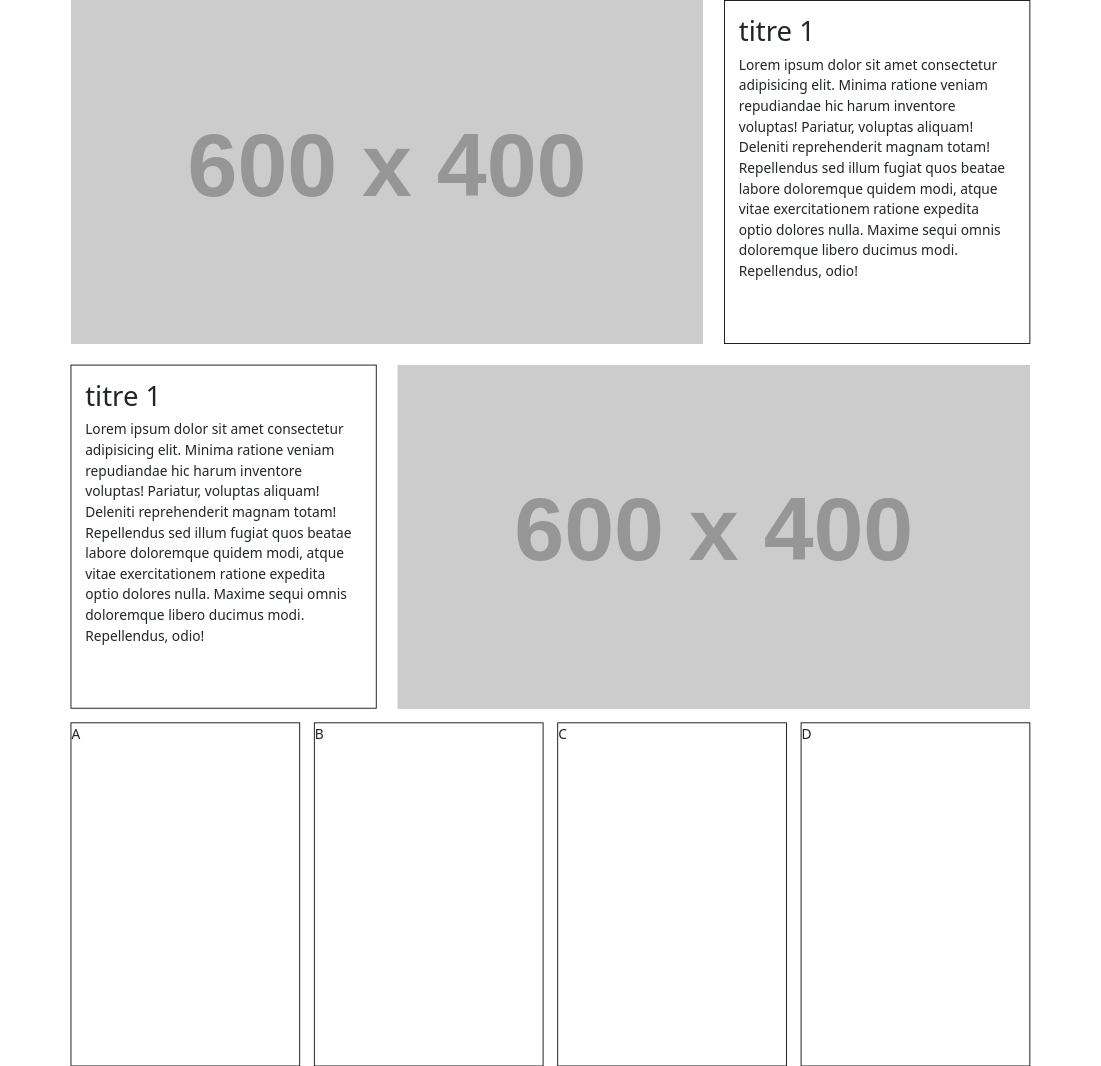
Repository: fbansept/ran3_24_jeu
Page: correction-tp.html
The author's editor kept a copy of each file at every save. The page is drawn from the files as they stood at one save, then again after a run of saves.
The browser window is 1280 px wide. The pictures show the whole page, at 86% of full size.

Above is the page before, as saved 2024-10-22 15:43:02.

### correction-tp.html
<!DOCTYPE html>
<html lang="en">
  <head>
    <meta charset="UTF-8" />
    <meta name="viewport" content="width=device-width, initial-scale=1.0" />
    <title>Document</title>

    <link
      href="https://cdn.jsdelivr.net/npm/bootstrap@5.3.3/dist/css/bootstrap.min.css"
      rel="stylesheet"
      integrity="sha384-QWTKZyjpPEjISv5WaRU9OFeRpok6YctnYmDr5pNlyT2bRjXh0JMhjY6hW+ALEwIH"
      crossorigin="anonymous"
    />

    <script
      defer
      src="https://cdn.jsdelivr.net/npm/bootstrap@5.3.3/dist/js/bootstrap.bundle.min.js"
      integrity="sha384-YvpcrYf0tY3lHB60NNkmXc5s9fDVZLESaAA55NDzOxhy9GkcIdslK1eN7N6jIeHz"
      crossorigin="anonymous"
    ></script>

    <link rel="stylesheet" href="style.css" />
  </head>
  <body class="container">
    <section class="mb-lg-3">
      <div class="row">
        <img
          class="col-md-6 col-lg-8"
          src="https://placehold.co/600x400"
          alt=""
        />
        <article class="col-md-6 col-lg-4">
          <div>
            <h2>titre 1</h2>
            <p>
              Lorem ipsum dolor sit amet consectetur adipisicing elit. Minima
              ratione veniam repudiandae hic harum inventore voluptas! Pariatur,
              voluptas aliquam! Deleniti reprehenderit magnam totam! Repellendus
              sed illum fugiat quos beatae labore doloremque quidem modi, atque
              vitae exercitationem ratione expedita optio dolores nulla. Maxime
              sequi omnis doloremque libero ducimus modi. Repellendus, odio!
            </p>
          </div>
        </article>
      </div>
      <div class="row flex-md-row-reverse mt-4">
        <img
          class="col-md-6 col-lg-8"
          src="https://placehold.co/600x400"
          alt=""
        />
        <article class="col-md-6 col-lg-4">
          <div>
            <h2>titre 1</h2>
            <p>
              Lorem ipsum dolor sit amet consectetur adipisicing elit. Minima
              ratione veniam repudiandae hic harum inventore voluptas! Pariatur,
              voluptas aliquam! Deleniti reprehenderit magnam totam! Repellendus
              sed illum fugiat quos beatae labore doloremque quidem modi, atque
              vitae exercitationem ratione expedita optio dolores nulla. Maxime
              sequi omnis doloremque libero ducimus modi. Repellendus, odio!
            </p>
          </div>
        </article>
      </div>
    </section>
    <section
      class="row row-cols-1 row-cols-md-2 row-cols-lg-4 g-3 g-md-0 g-lg-3 mt-2 mt-md-3"
    >
      <article class="col mt-0">
        <div><span>A</span></div>
      </article>
      <article class="col mt-0">
        <div><span>B</span></div>
      </article>
      <article class="col mt-0">
        <div><span>C</span></div>
      </article>
      <article class="col mt-0">
        <div><span>D</span></div>
      </article>
    </section>
  </body>
</html>

### style.css
section > div > img,
section > article > div,
section > div > article {
  height: 400px;
}

section > article > div,
section > div > article > div {
  border: 1px solid black;
}

section > div > article > div {
  height: 100%;
  padding: 1em;
}

section > div > img {
  object-fit: cover;
}

/* section > div:nth-child(even) {
  flex-direction: row-reverse;
} */

After the next 2 saves:
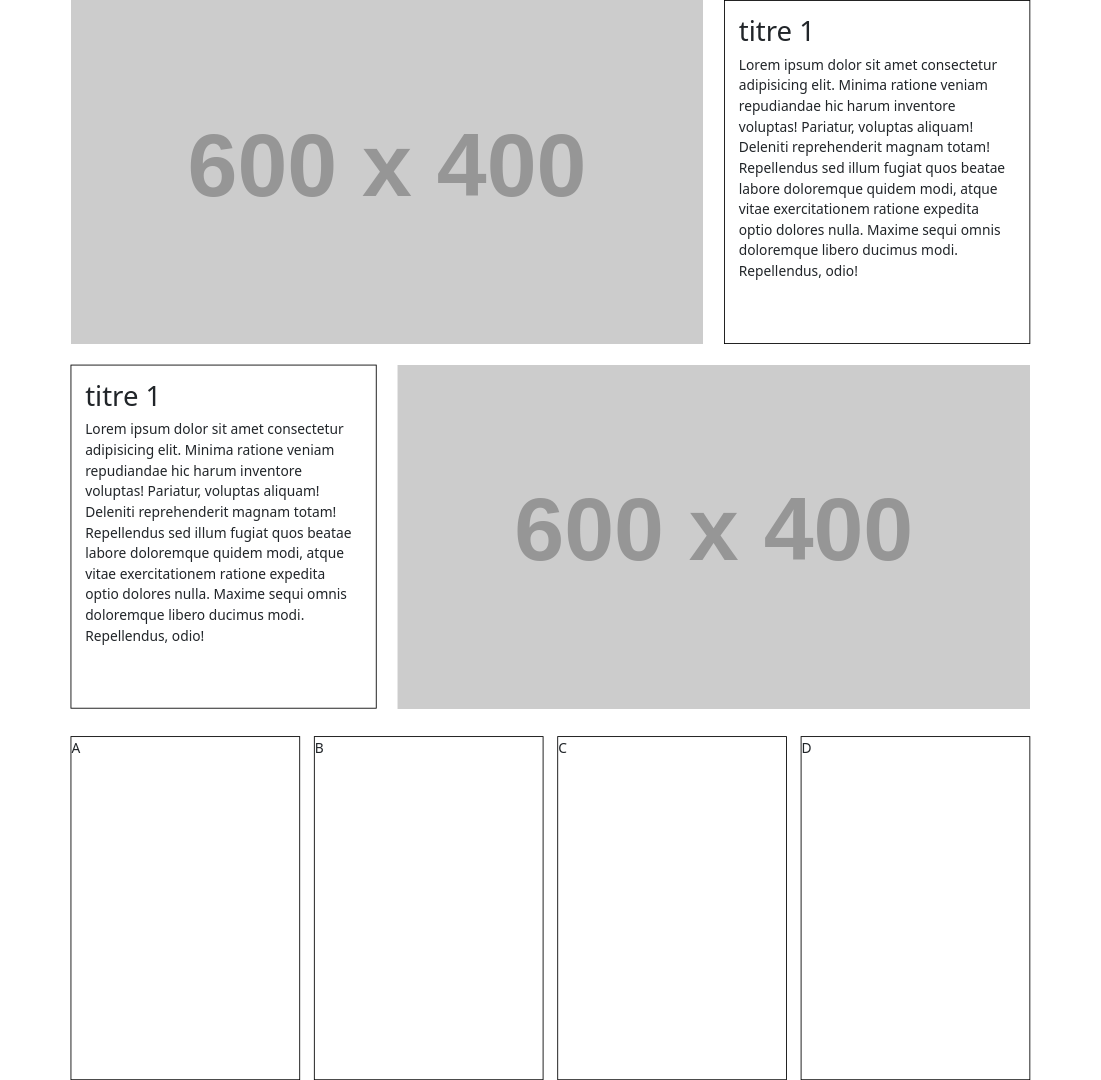
The 2 saves are shown as one change because they came seconds apart.
The last was saved 22 s later.
--- a/correction-tp.html
+++ b/correction-tp.html
@@ -67,16 +67,16 @@
     <section
       class="row row-cols-1 row-cols-md-2 row-cols-lg-4 g-3 g-md-0 g-lg-3 mt-2 mt-md-3"
     >
-      <article class="col mt-0">
+      <article class="col">
         <div><span>A</span></div>
       </article>
-      <article class="col mt-0">
+      <article class="col">
         <div><span>B</span></div>
       </article>
-      <article class="col mt-0">
+      <article class="col">
         <div><span>C</span></div>
       </article>
-      <article class="col mt-0">
+      <article class="col">
         <div><span>D</span></div>
       </article>
     </section>

After the save that followed:
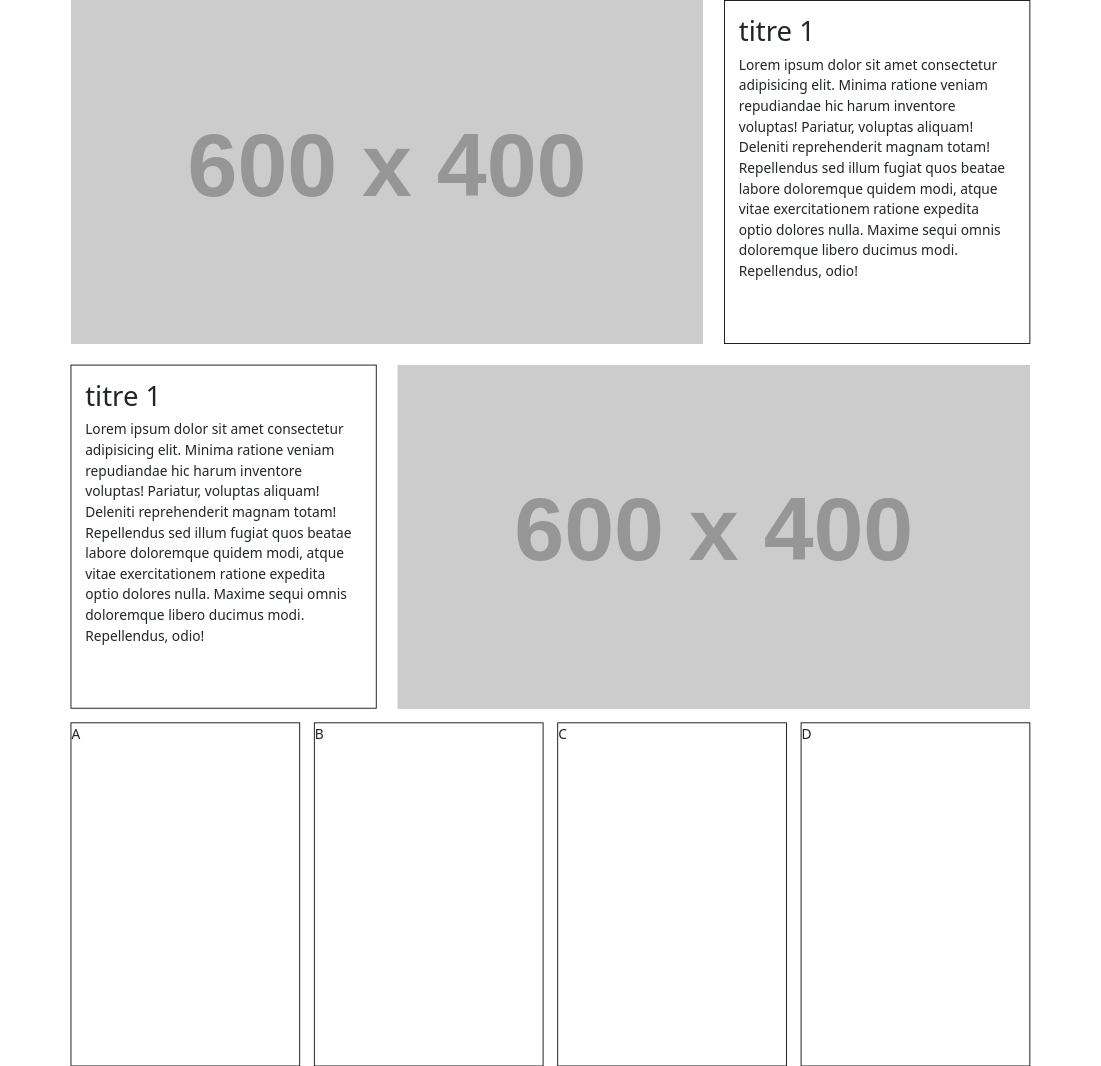
Saved 7 s later.
--- a/correction-tp.html
+++ b/correction-tp.html
@@ -67,16 +67,16 @@
     <section
       class="row row-cols-1 row-cols-md-2 row-cols-lg-4 g-3 g-md-0 g-lg-3 mt-2 mt-md-3"
     >
-      <article class="col">
+      <article class="col mt-0">
         <div><span>A</span></div>
       </article>
-      <article class="col">
+      <article class="col mt-0">
         <div><span>B</span></div>
       </article>
-      <article class="col">
+      <article class="col mt-0">
         <div><span>C</span></div>
       </article>
-      <article class="col">
+      <article class="col mt-0">
         <div><span>D</span></div>
       </article>
     </section>
